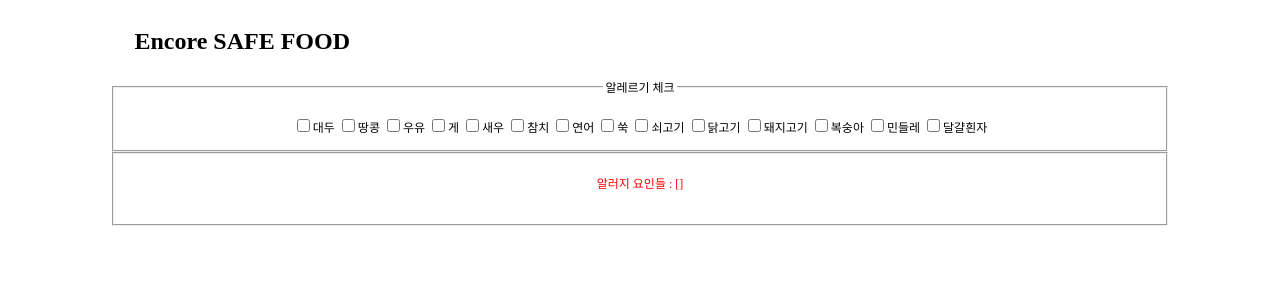
Repository: KangHoi/encore_vueWorkspace
Page: vue03_Event/WebContent/vue03_safefood.html
The author's editor kept a copy of each file at every save. The page is drawn from the files as they stood at one save, then again after the next save.
The browser window is 1280 px wide. The pictures show the whole page.

Above is the page before, as saved 2021-07-12 01:43:45.

After the next save:
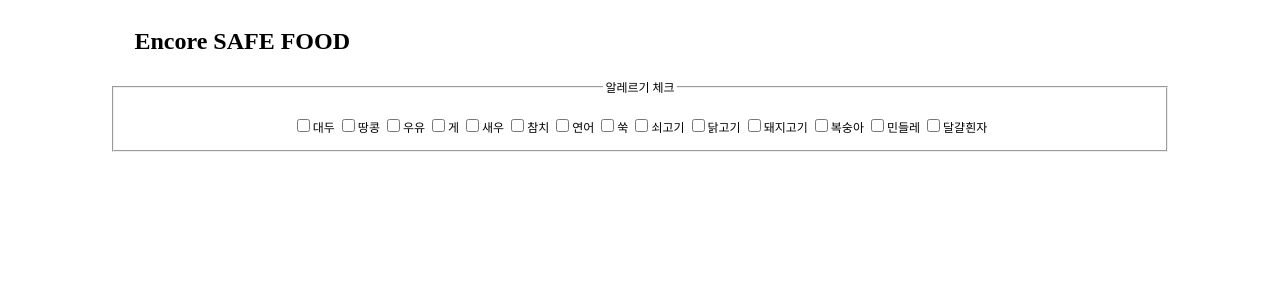
Saved 49 s later.
--- a/vue03_Event/WebContent/vue03_safefood.html
+++ b/vue03_Event/WebContent/vue03_safefood.html
@@ -39,7 +39,7 @@
 		</fieldset>
 
 
-		<fieldset id="checkboxArea2">
+		<fieldset id="checkboxArea2" v-if="moreZero">
 			알러지 요인들 : <span v-html="alergen"></span>
 		</fieldset>
 	</div>
@@ -51,8 +51,8 @@
 			},
 			computed: {
 				moreZero: function(){
-					//알러지로 한 개 이상 check한 것이 있을 때만 리턴하도록.
-					return this.alergen
+
+					return this.alergen.length>0; //알러지로 한 개 이상 check한 것이 있을 때만 리턴하도록.
 				}
 			}
 		})
